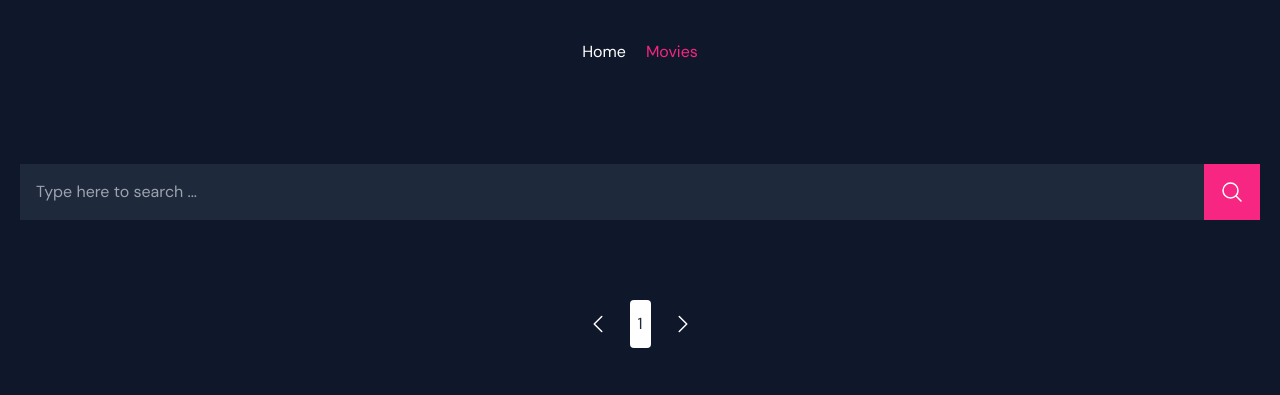
Repository: thanhdinh01/simple-movie
Page: /movies
The author's editor kept a copy of each file at every save. The page is drawn from the files as they stood at one save, then again after the next save.
The browser window is 1280 px wide. The pictures show the whole page.
The page's requests for data from a server got no answer. The project was rebuilt for these pictures with package versions that can differ from the ones it lists, and the page was loaded fresh each time. No one was signed in, and anything a server would have sent is missing. Also part of the build but not shown: src/components/banner/Banner.js, src/components/movie/MovieCard.js, src/components/movie/MovieList.js, src/pages/HomePage.js, src/pages/MovieDetailPage.js.

Above is the page before, as saved 2023-03-01 11:16:54.

After the next save:
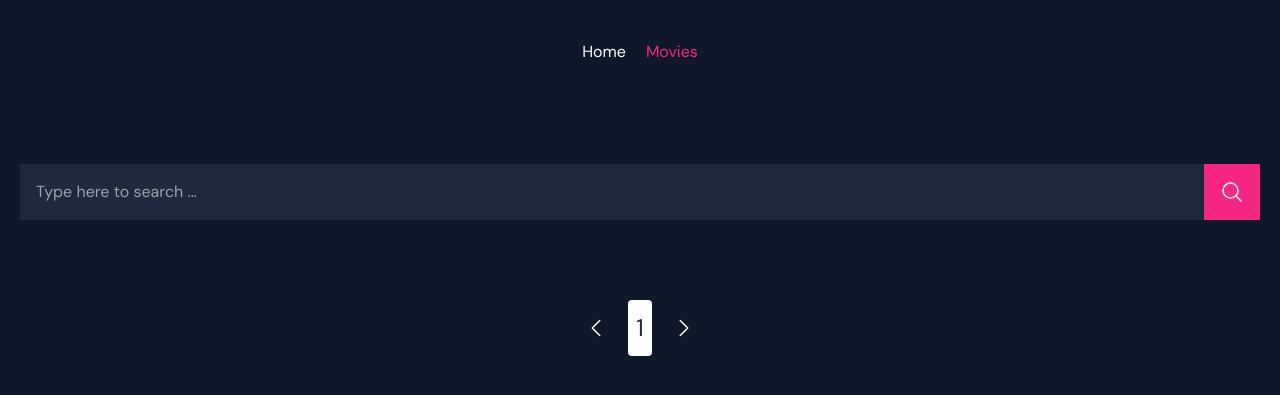
Saved 11 s later.
--- a/src/pages/MoviePage.js
+++ b/src/pages/MoviePage.js
@@ -97,7 +97,7 @@ const MoviePage = () => {
             />
           </svg>
         </span>
-        <span className="cursor-pointer bg-white text-slate-800 px-2 py-4 rounded leading-none">
+        <span className="cursor-pointer bg-white text-slate-800 px-2 py-4 rounded leading-none text-2xl">
           1
         </span>
         <span className="cursor-pointer">
